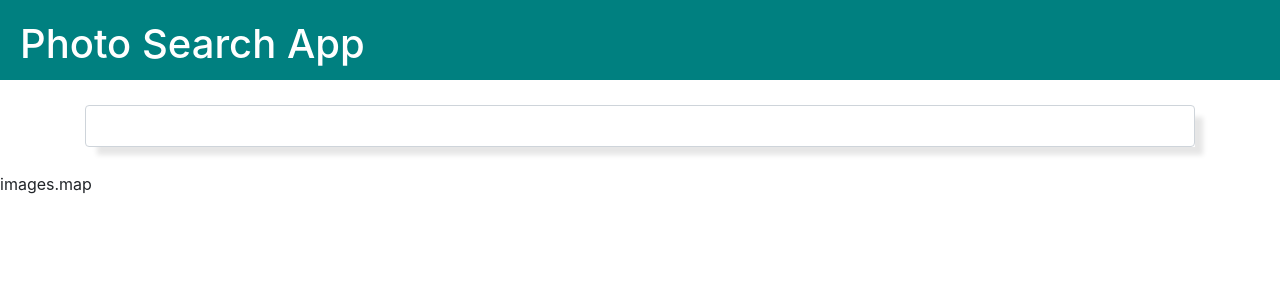
Repository: lamilekan263/photoapp
Page: /
These files come from the project's save history. The page is drawn as it stood at one moment and after a run of saves; the edit follows.
The browser window is 1280 px wide. The pictures show the whole page.
The project was rebuilt for these pictures with package versions that can differ from the ones it lists, and the page was loaded fresh each time. Also part of the build but not shown: src/components/ImageCard/ImageCard.scss, src/components/ImageCard/ImageCard.js.

Above is the page before, as saved 2020-08-26 12:54:37.

### public/index.html
<!DOCTYPE html>
<html lang="en">
  <head>
    <meta charset="utf-8" />
    <link rel="icon" href="%PUBLIC_URL%/favicon.ico" />
    <meta name="viewport" content="width=device-width, initial-scale=1" />
    <meta name="theme-color" content="#000000" />
    <meta
      name="description"
      content="Web site created using create-react-app"
    />

    <title>photo App</title>
  </head>
  <body>
    <noscript>You need to enable JavaScript to run this app.</noscript>
    <div id="root"></div>
  </body>
</html>

### src/index.js
import React from 'react';
import  ReactDOM from 'react-dom';
import 'bootstrap/dist/css/bootstrap.min.css';
import App from './App'


ReactDOM.render(
    <App/>,
    document.getElementById('root')
);

### src/App.js
import React from 'react';
import axios from 'axios'

import Header from './components/Header/Header'
import ImageList from './components/imageList/imageList'
import SearchBar from './components/searchBar/searchBar'

class App extends React.Component{
    state = {
        myImages : []
    }

    submitHandler = async (term) =>{
        const response = await axios.get('https://api.unsplash.com/search/photos', {
            params:{
                query: term,
                per_page: 25,
                order_by:'latest'
            },
            headers:{
                Authorization: 'Client-ID _EmXfMw4Ntd6F7SPo61DuogZ6sF5nsEsRHfLanqGI0M'
            }
        })
        this.setState({myImages : response.data.results})
        console.log(this.state.myImages)
    }
    render(){
        return(
           <React.Fragment>
               <Header />
                <SearchBar onSubmit = {this.submitHandler}/>
                <ImageList images ={this.state.myImages} />
           </React.Fragment>
        )
    }
}



export default App

### src/components/Header/Header.js
import React from 'react';

// import { Link} from 'react-router-dom'
import './Header.scss'

const Header = () =>{
    return(
        <div>
            <nav>
                <div className="brand">
                    <h1>Photo Search App</h1>
                </div>
            </nav>
        </div>
    )
}

export default Header

### src/components/imageList/imageList.js
import React from 'react';
import ImageCard from '../ImageCard/ImageCard'

import './imageList.scss'

const ImageList = ({ images }) =>{
    return(
        <div className="image-display">
            images.map
        </div>
    )
}

export default ImageList

### src/components/searchBar/searchBar.js
import React from 'react'

import './searchBar.scss'

class SearchBar extends React.Component{
    state = {
        searchTerm : ''
    }

    onChangeHandler = (e) =>{
        this.setState({ searchTerm : e.target.value})
    }
    onSubmitHandler = (e)=>{
        e.preventDefault()
        this.props.onSubmit(this.state.searchTerm)
        this.setState({searchTerm : ''})
    }
    render(){
        return(
            <div className="container">
                <form onSubmit = {this.onSubmitHandler  }>
                    <div className="form-group">
                        <input type="text"
                        className="form-control"
                        onChange ={ this.onChangeHandler }
                        value = {this.state.searchTerm}
                        />
                    </div>
                </form>
            </div>
        )
    }

}

export default SearchBar

### src/components/Header/Header.scss
nav{
    width: 100%;
    height: 80px;
    background-color: teal;
    color:#fff;
    padding:20px;
    margin-bottom:25px;
    display:flex;
    flex-direction:row;
    justify-content:space-between;

    .brand{
        p{
            font-size: 20px;
            font-family:monospace;
        }
    }
}

### src/components/imageList/imageList.scss
.image-display{
    display: flex;
    flex-direction: row;

}

### src/components/searchBar/searchBar.scss
form{
    margin:25px 0;
    -webkit-box-shadow: 10px 10px 5px -2px rgba(230,230,230,1);
    -moz-box-shadow: 10px 10px 5px -2px rgba(230,230,230,1);
    box-shadow: 10px 10px 5px -2px rgba(230,230,230,1);
    .form-group{
        input{
            padding:20px;
            width: 100%;

        }
    }
}

After the next 2 saves:
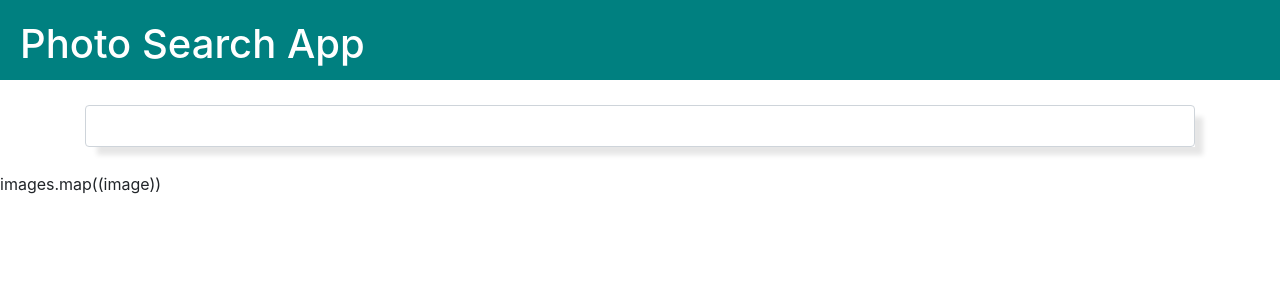
The 2 saves are shown as one change because they came seconds apart.
The last was saved 5 s later.
--- a/src/components/imageList/imageList.js
+++ b/src/components/imageList/imageList.js
@@ -6,7 +6,7 @@ import './imageList.scss'
 const ImageList = ({ images }) =>{
     return(
         <div className="image-display">
-            images.map
+            images.map((image))
         </div>
     )
 }
